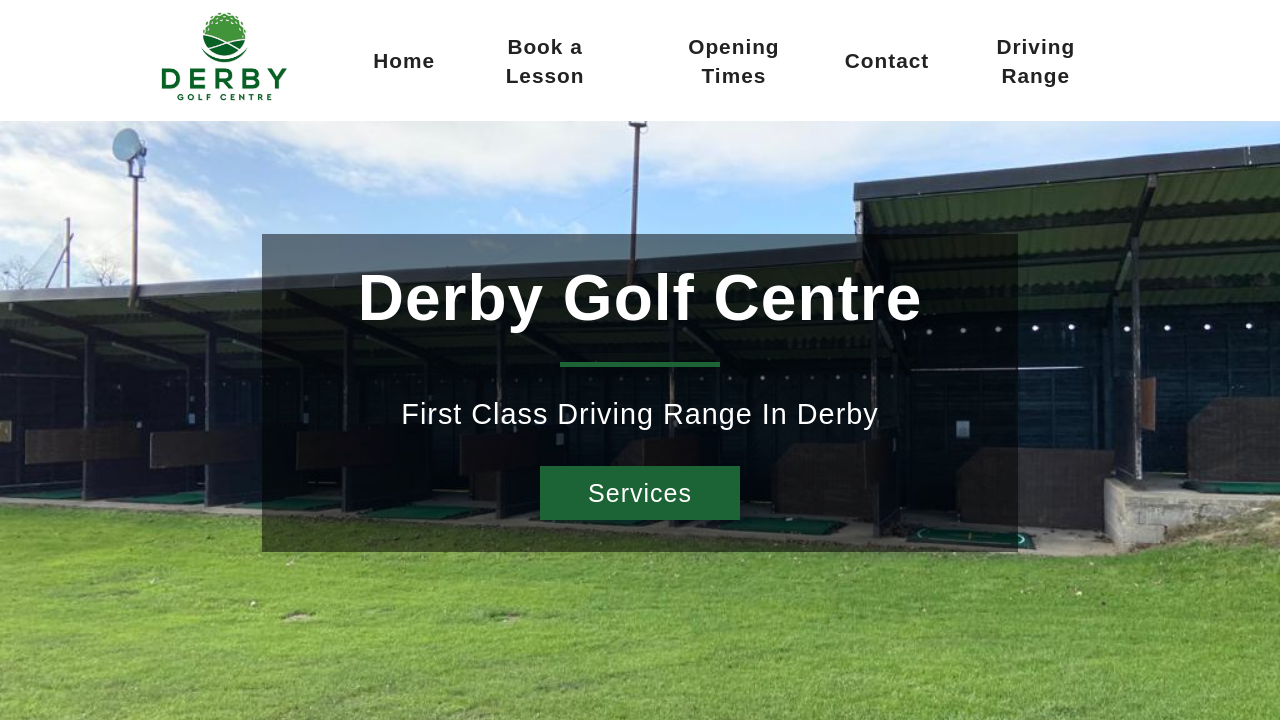
Repository: frankinstyyn/nigeljamesconsulting
Page: /
The author's editor kept a copy of each file at every save. The page is drawn from the files as they stood at one save, then again after the next save.
The browser window is 1280 px wide. The pictures show the whole page.
Some web fonts or font styles are not loaded; a fallback is used. The project was rebuilt for these pictures with package versions that can differ from the ones it lists, and the page was loaded fresh each time. Also part of the build but not shown: src/pages/Lesson.js, src/pages/SingleRoom.js, src/pages/Error.js, src/components/Title.js.

Above is the page before, as saved 2021-01-07 23:53:50.

### public/index.html
<!DOCTYPE html>
<html lang="en">
  <head>
    <meta charset="utf-8" />
    <link rel="icon" href="%PUBLIC_URL%/favicon.ico" />
    <meta name="viewport" content="width=device-width, initial-scale=1" />
    <meta name="theme-color" content="#000000" />
    <meta
      name="description"
      content="Web site created using create-react-app"
    />
    <link rel="apple-touch-icon" href="%PUBLIC_URL%/logo192.png" />
    <!--
      manifest.json provides metadata used when your web app is installed on a
      user's mobile device or desktop. See https://developers.google.com/web/fundamentals/web-app-manifest/
    -->
    <link rel="manifest" href="%PUBLIC_URL%/manifest.json" />
    <!--
      Notice the use of %PUBLIC_URL% in the tags above.
      It will be replaced with the URL of the `public` folder during the build.
      Only files inside the `public` folder can be referenced from the HTML.

      Unlike "/favicon.ico" or "favicon.ico", "%PUBLIC_URL%/favicon.ico" will
      work correctly both with client-side routing and a non-root public URL.
      Learn how to configure a non-root public URL by running `npm run build`.
    -->
    <title>Derby Golf Centre</title>
  </head>
  <body>
    <noscript>You need to enable JavaScript to run this app.</noscript>
    <div id="root"></div>
    <!--
      This HTML file is a template.
      If you open it directly in the browser, you will see an empty page.

      You can add webfonts, meta tags, or analytics to this file.
      The build step will place the bundled scripts into the <body> tag.

      To begin the development, run `npm start` or `yarn start`.
      To create a production bundle, use `npm run build` or `yarn build`.
    -->
  </body>
</html>

### src/index.js
import React from "react";
import ReactDOM from "react-dom";
import "./index.css";
import { BrowserRouter as Router } from "react-router-dom";
import App from "./App";
import reportWebVitals from "./reportWebVitals";

ReactDOM.render(
  <Router>
    <App />
  </Router>,
  document.getElementById("root")
);

// If you want to start measuring performance in your app, pass a function
// to log results (for example: reportWebVitals(console.log))
// or send to an analytics endpoint. Learn more: https://bit.ly/CRA-vitals
reportWebVitals();

### src/index.css
@import url("https://fonts.googleapis.com/css2?family=Darker+Grotesque:wght@300;800&display=swap");

body {
  margin: 0;
  font-family: -apple-system, BlinkMacSystemFont, "Segoe UI", "Roboto", "Oxygen",
    "Ubuntu", "Cantarell", "Fira Sans", "Droid Sans", "Helvetica Neue",
    sans-serif;
  -webkit-font-smoothing: antialiased;
  -moz-osx-font-smoothing: grayscale;
}

code {
  font-family: source-code-pro, Menlo, Monaco, Consolas, "Courier New",
    monospace;
}

### src/App.js
import "./App.css";
import Home from "./pages/Home";
import Lesson from "./pages/Lesson";
import SingleRoom from "./pages/SingleRoom";
import Error from "./pages/Error";

import { Route, Switch } from "react-router-dom";

import Navbar from "./components/Navbar";

function App() {
  return (
    <>
      <Navbar />
      <Switch>
        <Route exact path="/" component={Home} />
        <Route exact path="/lesson" component={Lesson} />
        <Route exact path="/lesson/:slug" component={SingleRoom} />
        <Route component={Error} />
      </Switch>
    </>
  );
}

export default App;

### src/App.css
* {
  margin: 0;
  padding: 0;
  box-sizing: border-box;
  font-family: "Darker Grotesque", sans-serif;
}
:root {
  --primaryColor: #1c6435;
  --mainWhite: #fff;
  --offWhite: #f7f7f7;
  --mainBlack: #222;
  --mainGrey: #ececec;
  --darkGrey: #cfcfcf;
  --mainTransition: all 0.3s linear;
  --mainSpacing: 1px;
  --lightShadow: 2px 5px 3px 0px rgba(0, 0, 0, 0.5);
  --darkShadow: 4px 10px 5px 0px rgba(0, 0, 0, 0.5);
}
/* globals */
body {
  padding-top: 66px;
  color: var(--mainBlack);
  background: var(--mainWhite);
  font-family: Verdana, Geneva, Tahoma, sans-serif;
  line-height: 1.4;
}
h1 {
  font-size: 3em;
  line-height: 1;
  margin-bottom: 0.5em;
}
h2 {
  font-size: 2em;
  margin-bottom: 0.75em;
}
h3 {
  font-size: 1.5em;
  line-height: 1;
  margin-bottom: 1em;
}
h4 {
  font-size: 1.2em;
  line-height: 1.25;
  margin-bottom: 1.25em;
}
h5 {
  font-size: 1em;
  font-weight: bold;
  margin-bottom: 1.5em;
}
h6 {
  font-size: 1em;
  font-weight: bold;
  margin-bottom: 1.5em;
}

.btn-primary {
  display: inline-block;
  text-decoration: none;
  letter-spacing: var(--mainSpacing);
  color: var(--mainWhite);
  background: var(--primaryColor);
  padding: 0.4rem 0.9rem;
  border: 3px solid var(--primaryColor);
  transition: var(--mainTransition);
  /* text-transform: uppercase; */
  cursor: pointer;
  width: 200px;
  font-size: 25px;
}
.btn-primary:hover {
  background: transparent;
  color: var(--primaryColor);
}
.loading {
  text-transform: capitalize;
  text-align: center;
  margin-top: 3rem;
}
.error {
  text-align: center;
  text-transform: uppercase;
  margin: 2rem 0;
}
.empty-search {
  text-align: center;
  text-transform: capitalize;
  margin: 2rem 0;
  padding: 1rem;
  letter-spacing: var(--mainSpacing);
}
/* end of globals */
/* Navbar */
.logo {
  height: 91px;
}
.navbar {
  position: fixed;
  top: 0;
  left: 0;
  width: 100%;
  padding: 0.75rem 2rem;
  background: var(--mainWhite);
  z-index: 1;
  display: inline-block;
  vertical-align: middle;
  text-align: center;
}
.nav-header {
  display: flex;
  justify-content: space-between;
}
.nav-btn {
  background: transparent;
  border: none;
  cursor: pointer;
  outline: none;
  color: red;
}
.nav-icon {
  font-size: 1.5rem;
  color: var(--primaryColor);
}
.nav-links {
  height: 0;
  overflow: hidden;
  transition: var(--mainTransition);
  list-style-type: none;
  align-items: center;
}
.nav-links a {
  display: block;
  text-decoration: none;
  padding: 1rem;
  color: var(--mainBlack);
  transition: var(--mainTransition);
  text-align: center;
  font-size: 1.3rem;
  font-weight: 600;
  letter-spacing: var(--mainSpacing);
}
.nav-links a:hover {
  color: var(--mainWhite);
  background: var(--primaryColor);
}

.show-nav {
  height: 310px;
}
@media screen and (min-width: 1028px) {
  .nav-btn {
    display: none;
  }
  .nav-center {
    max-width: 1170px;
    margin: 0 10%;
    display: flex;
  }
  .nav-links {
    height: auto;
    display: flex;
    margin-left: 4rem;
  }
  .nav-links a {
    /* margin: 0 1rem; */
    padding: 1rem;
  }
}
/* end of navbar */
/* Hero */
.defaultHero,
.lessonHero {
  min-height: calc(100vh - 66px);
  background: url("./images/defaultBcg.jpeg") center/cover no-repeat;
  display: flex;
  align-items: center;
  justify-content: center;
}
.lessonHero {
  background-image: url("./images/room-2.jpeg");
  /* min-height: 60vh; */
}
/* End of Hero */
/* Banner */
.banner {
  display: inline-block;
  background: rgba(0, 0, 0, 0.5);
  color: var(--mainWhite);
  padding: 2rem 1rem;
  text-align: center;
  text-transform: capitalize;
  letter-spacing: var(--mainSpacing);
}
.banner h1 {
  font-size: 2.5rem;
}
.banner div {
  width: 10rem;
  height: 5px;
  background: var(--primaryColor);
  margin: 1.7rem auto;
}
.banner p {
  font-size: 1.8rem;
  margin-bottom: 2rem;
}
@media screen and (min-width: 576px) {
  .banner {
    padding: 2rem 3rem;
  }
  .banner h1 {
    font-size: 3rem;
  }
}
@media screen and (min-width: 992px) {
  .banner {
    padding: 2rem 6rem;
  }
  .banner h1 {
    font-size: 4rem;
  }
}
/* End of Banner */
/* Title */
.section-title {
  text-align: center;
  margin-bottom: 4rem;
}
.section-title h4 {
  font-size: 2rem;
  letter-spacing: var(--mainSpacing);
  text-transform: capitalize;
  margin-bottom: 1rem;
}
.section-title div {
  width: 5rem;
  height: 5px;
  margin: 0 auto;
  background: var(--primaryColor);
}
/* end of Title */

/* services */
.services {
  padding: 5rem 0;
}
.services {
  background: var(--darkGrey);
  text-align: center;
}
.services-center {
  width: 90vw;
  margin: 0 auto;
  display: grid;
  grid-template-columns: repeat(auto-fit, minmax(255px, 1fr));
  grid-row-gap: 2rem;
  grid-column-gap: 50px;
}
.service span {
  display: inline-block;
  color: var(--primaryColor);
  font-size: 2.5rem;
  margin-bottom: 1.5rem;
}
.services h6 {
  letter-spacing: var(--mainSpacing);
}
.services p {
  width: 80%;
  margin: 0 auto;
}
@media screen and (min-width: 992px) {
  .services-center {
    width: 95vw;
    max-width: 1170px;
  }
}

@media screen and (min-width: 1200px) {
  .services p {
    width: 100%;
  }
}
/*end of services */
/* featured rooms */

.featured-rooms {
  padding: 5rem 0;
}
.featured-rooms-center {
  width: 80vw;
  margin: 0 auto;
  display: grid;
  grid-template-columns: repeat(auto-fit, minmax(270px, 1fr));
  grid-row-gap: 2rem;
  grid-column-gap: 40px;
}
@media screen and (min-width: 776px) {
  .featured-rooms-center {
    width: 90vw;
    grid-template-columns: repeat(auto-fit, minmax(330px, 1fr));
  }
}
@media screen and (min-width: 992px) {
  .featured-rooms-center {
    width: 95vw;
    max-width: 1170px;
  }
}
/* end pf featured rooms */
/* room */
.room {
  box-shadow: var(--lightShadow);
  transition: var(--mainTransition);
}
.room:hover {
  box-shadow: var(--darkShadow);
}

.img-container {
  position: relative;
}
.img-container img {
  width: 100%;
  display: block;
  transition: var(--mainTransition);
}
.price-top {
  position: absolute;
  top: 0;
  left: 0;
  background: rgba(0, 0, 0, 0.8);
  color: var(--mainWhite);
  padding: 0.3rem 0.6rem 0.5rem;
  border-bottom-right-radius: 1rem;
  font-size: 0.5rem;
  text-align: center;
  transition: var(--mainTransition);
}
.price-top h6 {
  margin-bottom: 0;
  font-size: 0.9rem;
  font-weight: 300;
  letter-spacing: var(--mainSpacing);
}
.room-link {
  position: absolute;
  top: 50%;
  left: 50%;
  transform: scale(0);
  transition: all 0.3s linear;
}
.img-container:hover {
  background: rgba(0, 0, 0, 0.8);
}
.img-container:hover img {
  opacity: 0.3;
}
.img-container:hover .price-top {
  opacity: 0;
}
.img-container:hover .room-link {
  transform: translate(-50%, -50%) scale(1);
}
.room-info {
  background: var(--darkGrey);
  text-transform: capitalize;
  padding: 0.5rem 0;
  text-align: center;
  font-weight: 700;
  letter-spacing: var(--mainSpacing);
}
/* end of room  */
/* single room*/

.single-room {
  padding: 5rem 0 0 0;
}
.single-room-images {
  width: 80vw;
  margin: 0 auto;
  display: grid;
  grid-template-columns: repeat(auto-fit, minmax(350px, 1fr));
  grid-row-gap: 2rem;
  grid-column-gap: 50px;
}
.single-room-images img {
  width: 100%;
  display: block;
}
.single-room-info {
  width: 80vw;
  display: grid;
  grid-template-columns: 1fr;
  margin: 2rem auto;
}
.desc,
.info {
  margin: 1rem 0;
}
.desc h3 {
  text-transform: capitalize;
  letter-spacing: var(--mainSpacing);
}
.desc p {
  line-height: 1.5;
}
.info h3,
.info h6 {
  text-transform: capitalize;
  letter-spacing: var(--mainSpacing);
}

.info h6 {
  font-weight: 300;
}
.room-extras {
  width: 80vw;
  margin: 0 auto 3rem auto;
}
.room-extras h6 {
  text-transform: capitalize;
  letter-spacing: var(--mainSpacing);
}
.extras {
  list-style-type: none;
  display: grid;
  grid-template-columns: repeat(auto-fit, minmax(330px, 1fr));
  grid-column-gap: 2rem;
  grid-row-gap: 1rem;
}
@media screen and (min-width: 992px) {
  .single-room-images,
  .single-room-info,
  .room-extras {
    width: 95vw;
    max-width: 1170px;
  }
  .single-room-info {
    display: grid;
    grid-template-columns: 1fr 1fr;
    grid-column-gap: 2rem;
  }
  .info {
    padding-left: 3rem;
  }
}
/* end of single room*/
/* roomlist */
.roomslist {
  padding: 5rem 0;
}
.roomslist-center {
  width: 80vw;
  margin: 0 auto;
  display: grid;
  grid-template-columns: repeat(auto-fill, minmax(270px, 1fr));
  grid-row-gap: 2rem;
  grid-column-gap: 30px;
}

@media screen and (min-width: 776px) {
  .roomslist-center {
    width: 90vw;
  }
}
@media screen and (min-width: 992px) {
  .roomslist-center {
    width: 95vw;
    max-width: 1170px;
  }
}
/* end of roomlist */
/*  rooms fitler*/
.filter-container {
  padding: 5rem 0;
}
.filter-form {
  width: 60vw;
  margin: 0 auto;
  display: grid;
  grid-template-columns: repeat(auto-fit, minmax(202px, 1fr));
  grid-row-gap: 2rem;
  grid-column-gap: 40px;
}
.form-group {
  text-transform: capitalize;
}
.form-group label {
  display: block;
  letter-spacing: var(--mainSpacing);
  margin-bottom: 0.5rem;
}
.form-control {
  width: 100%;
  background: transparent;
  font-size: 1rem;
}
.size-inputs {
  display: flex;
}
.size-input {
  width: 40%;
  padding: 0.2rem;
  border: 1px solid var(--mainBlack);
  border-radius: 0.3rem;
  margin-right: 0.3rem;
}
.single-extra label {
  display: inline-block;
  font-size: 0.8rem;
  margin-left: 0.5rem;
}
@media screen and (min-width: 776px) {
  .filter-form {
    width: 70vw;
  }
}
@media screen and (min-width: 992px) {
  .filter-form {
    width: 95vw;
    max-width: 1170px;
  }
}
/* end of rooms fitler*/

### src/pages/Home.js
import React from "react";
import Hero from "../components/Hero";
import Banner from "../components/Banner";
import { Link } from "react-router-dom";

export default function Home() {
  return (
    <Hero hero="defaultHero" >
      <Banner title="Derby Golf Centre" subtitle="First class Driving Range in Derby">
        <Link to="/lesson" className="btn-primary">
          Services
      </Link>
      </Banner>
    </Hero>
  );
}

### src/components/Navbar.js
import React, { Component } from "react";
// import { IoGolf } from "react-icons/io5";
import logo from "../images/sdrlogo.jpeg";
import { FaAlignRight } from "react-icons/fa";
import { Link } from "react-router-dom";

export default class Navbar extends Component {
  state = {
    isOpen: false,
  }
  handleToggle = () => {
    this.setState({ isOpen: !this.state.isOpen });
  }
  render() {
    return <nav className="navbar">
      <div class="nav-center">
        <div class="nav-header">
          <Link to="/">
            <img className="logo" src={logo} alt="Derby Golf Centre" />
          </Link>
          <button type="button" className="nav-btn" onClick={this.handleToggle}>
            <FaAlignRight className="nav-icon" />
          </button>
        </div>
        <ul className={this.state.isOpen ? "nav-links show-nav" : "nav-links"}>
          <li>
            <Link to="/">Home</Link>
          </li>
          <li>
            <Link to="/lesson">Book a Lesson</Link>
          </li>
          <li>
            <Link to="/opening-times">Opening Times</Link>
          </li>
          <li>
            <Link to="/contact">Contact</Link>
          </li>
          <li>
            <Link to="/driving-range">Driving Range</Link>
          </li>
        </ul>
      </div>
    </nav>;
  }
}

### src/components/Hero.js
import React from 'react'

export default function Hero({children, hero}) {
    return (
        <header className={hero}>{children}</header>
    )
}

### src/components/Banner.js
import React from 'react'

export default function Banner({children,title,subtitle}) {
    return (
        <div className="banner">
            <h1>{title}</h1>
            <div></div>
            <p>{subtitle}</p>
            {children}
        </div>
    )
}

### src/components/Services.js
import React, { Component } from 'react'
import Title from "./title"

export default class Services extends Component {
    render() {
        return (
            <div>
                Hello from Services component
            </div>
        )
    }
}

Loaded but not shown: src/reportWebVitals.js (common file)

After the next save:
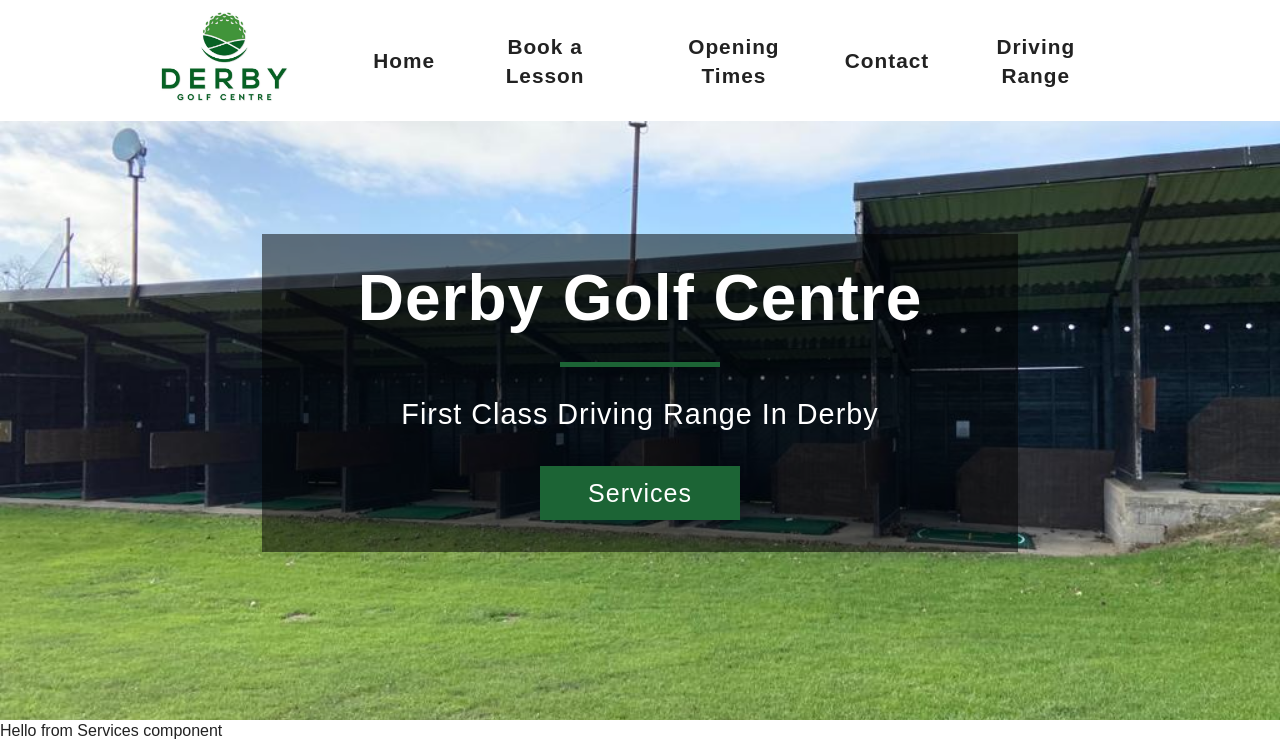
Saved 15 h 41 min later.
--- a/src/pages/Home.js
+++ b/src/pages/Home.js
@@ -2,15 +2,19 @@
 import Hero from "../components/Hero";
 import Banner from "../components/Banner";
 import { Link } from "react-router-dom";
+import Services from "../components/Services"
 
 export default function Home() {
   return (
+    <>
     <Hero hero="defaultHero" >
       <Banner title="Derby Golf Centre" subtitle="First class Driving Range in Derby">
         <Link to="/lesson" className="btn-primary">
           Services
       </Link>
       </Banner>
-    </Hero>
+      </Hero>
+      <Services />
+      </>
   );
 }
